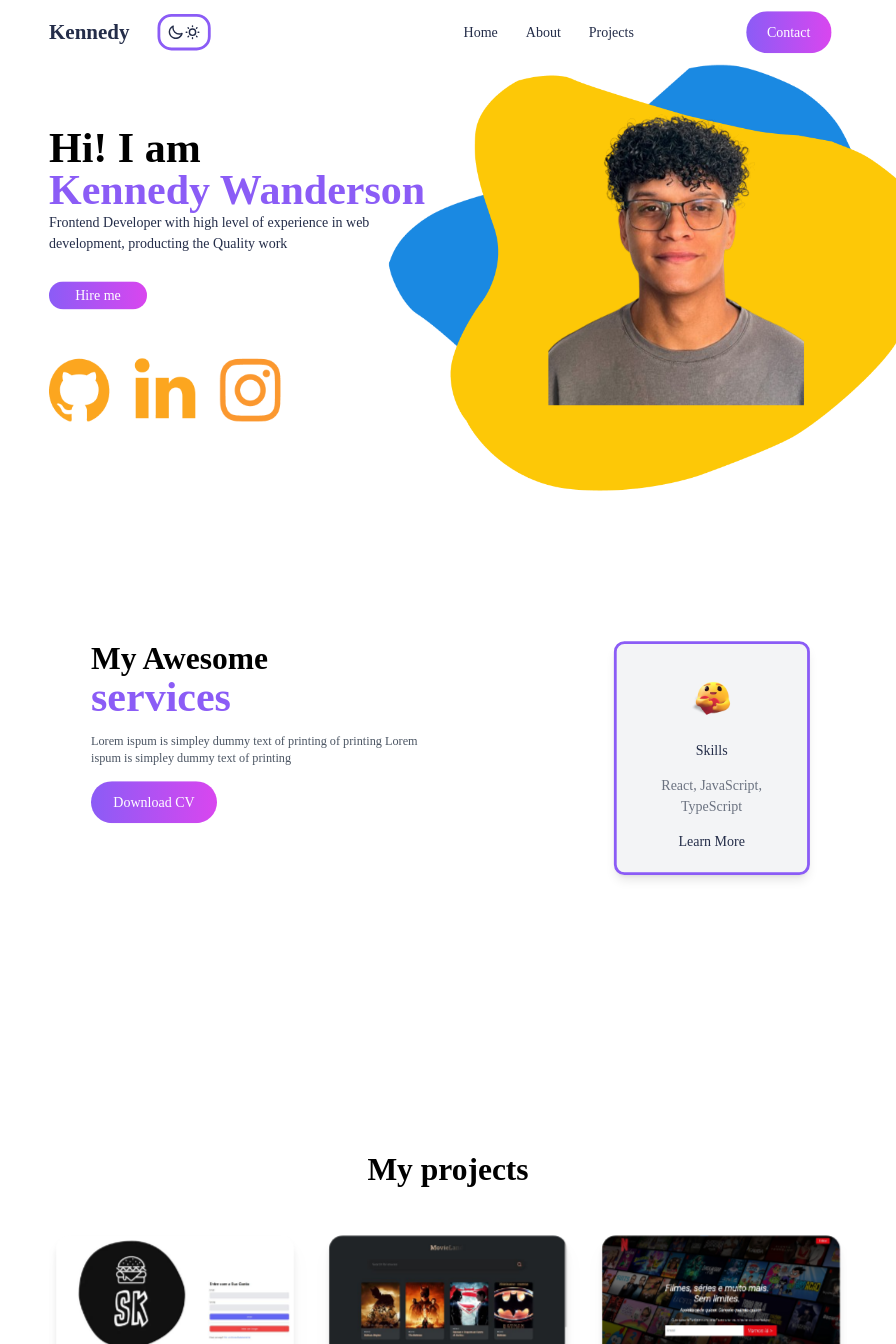
Repository: KennedyWanderson/portfolio
Page: /
These files come from the project's save history. The page is drawn as it stood at one moment and after a run of saves; the edit follows.
The browser window is 1280 px wide. The pictures show the part of the page from y = 0 to 1920 px (the page is 3202 px tall), at 70% of full size.
Some web fonts or font styles are not loaded; a fallback is used. The project was rebuilt for these pictures with package versions that can differ from the ones it lists, and the page was loaded fresh each time. Imported but missing from the stored project, and not drawn on this page: src/Components/Services/Kennedy_CV.pdf.

Above is the page before, as saved 2024-01-20 11:01:44.

After the next 6 saves:
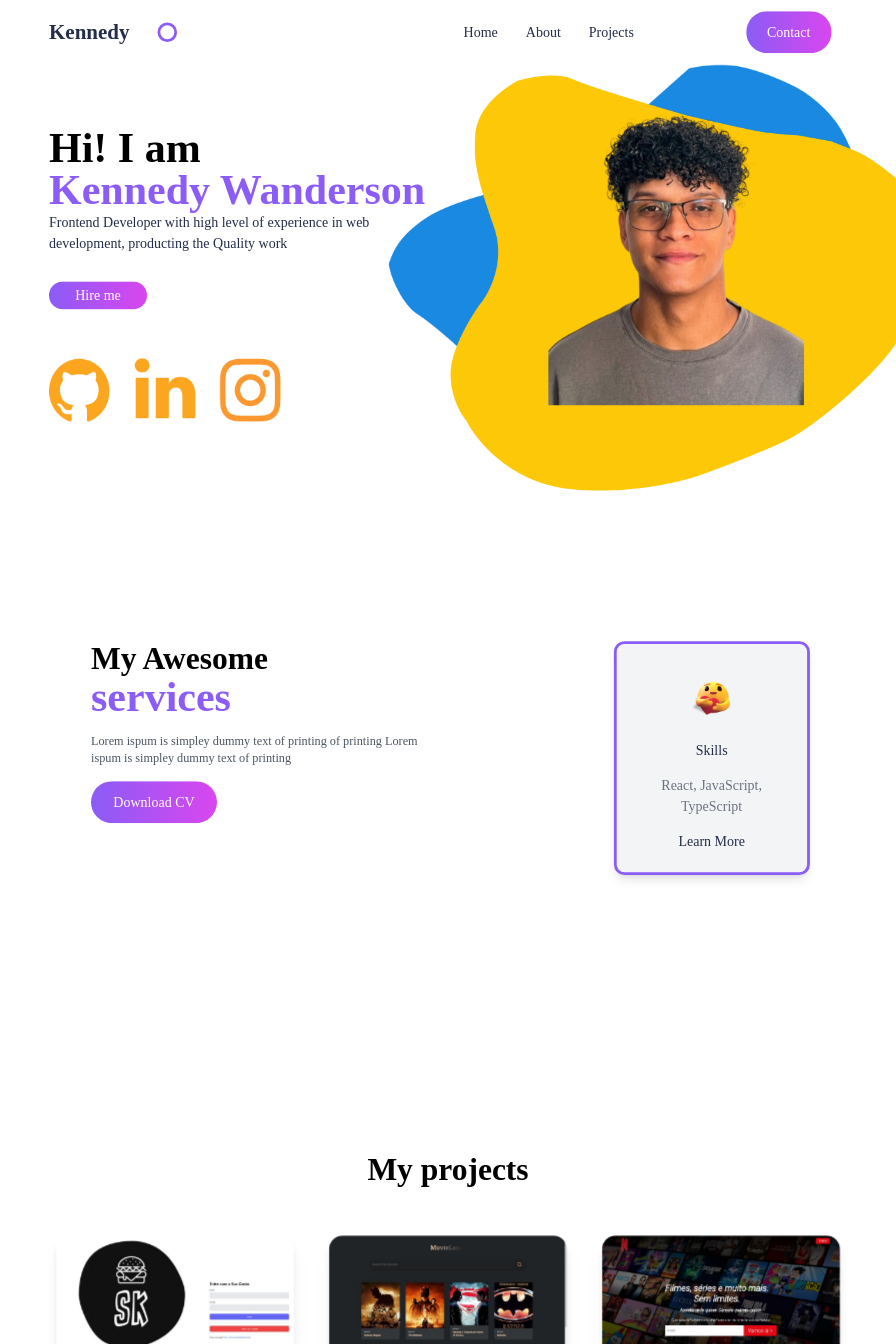
The 6 saves are shown as one change because they came seconds apart.
The last was saved 18 s later.
--- a/src/Components/Toggle/Toggle.jsx
+++ b/src/Components/Toggle/Toggle.jsx
@@ -5,7 +5,7 @@ import Moon from '@iconscout/react-unicons/icons/uil-moon'
 const Toggle = () => {
     return (
         <div className="flex justify-between rounded-2xl border-4 border-violet-500 relative p-2 cursor-grab
-         w-">
+         w-4 h-4 text-violet-500">
             <Moon />
             <Sun />
             <div>
